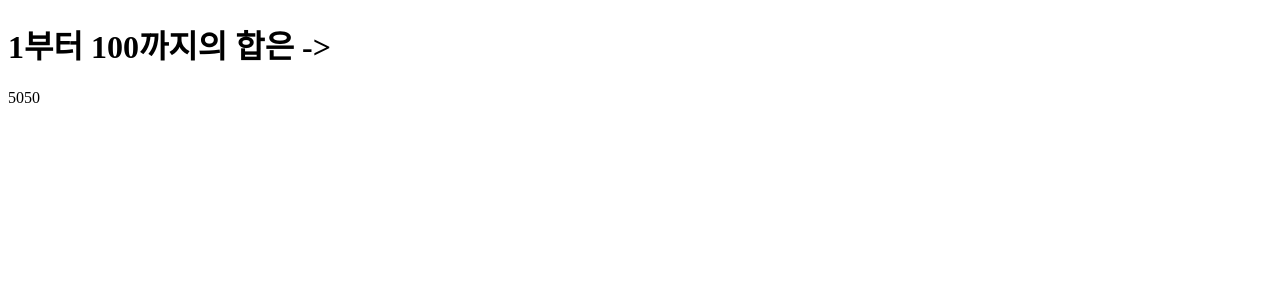
Repository: leejonggwon/Amora-Project
Page: http://localhost/JSP/ex02hap100.jsp
An editor plug-in stored every save of this project. The page is shown before and after the next save, followed by the edit.
The browser window is 1280 px wide. The pictures show the whole page.
The page is served by Tomcat 9.

Above is the page before, as saved 2023-07-21 10:35:16.

### 04.Server/JSP/src/main/webapp/ex02hap100.jsp
<%@ page language="java" contentType="text/html; charset=EUC-KR"
    pageEncoding="EUC-KR"%>
<!DOCTYPE html>
<html>
<head>
<meta charset="EUC-KR">
<title>Insert title here</title>
</head>
<body>
	<%--1부터 100까지 합을 반복문을 통하여 구한다음 h1태그 안에 표현하시오 --%>

	<%
	// 스트립트릿 -> JSP안에서 java코드를 사용하기 위해사 사용하는 것
	// 스트립트릿은 head태그에도 body태그에도 사용가능하다
	%>


	<%
	int sum = 0;
	for(int i = 1; i <= 100; i++ ){
		sum = sum + i;
	}
	%>
	<h1> 1부터 100까지의 합은 -> </h1>
	<%= sum %>


</body>
</html>

After the next save:
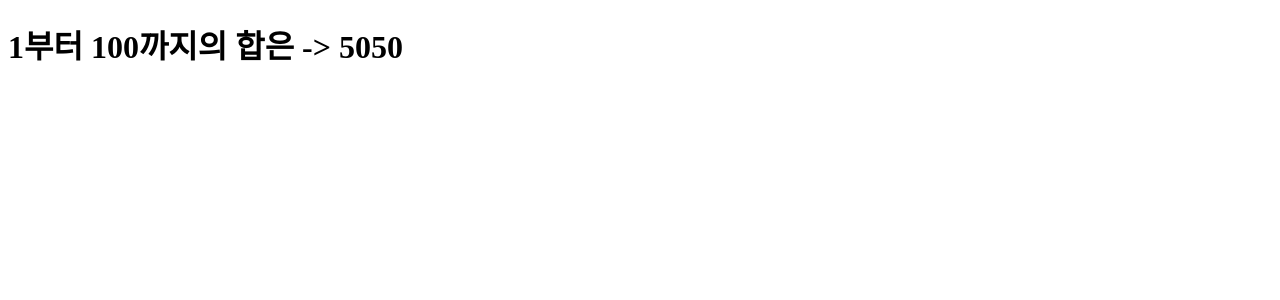
Saved 57 s later.
--- a/04.Server/JSP/src/main/webapp/ex02hap100.jsp
+++ b/04.Server/JSP/src/main/webapp/ex02hap100.jsp
@@ -21,8 +21,7 @@
 		sum = sum + i;
 	}
 	%>
-	<h1> 1부터 100까지의 합은 -> </h1>
-	<%= sum %>
+	<h1> 1부터 100까지의 합은 -> <%= sum %> </h1>
 
 
 </body>
